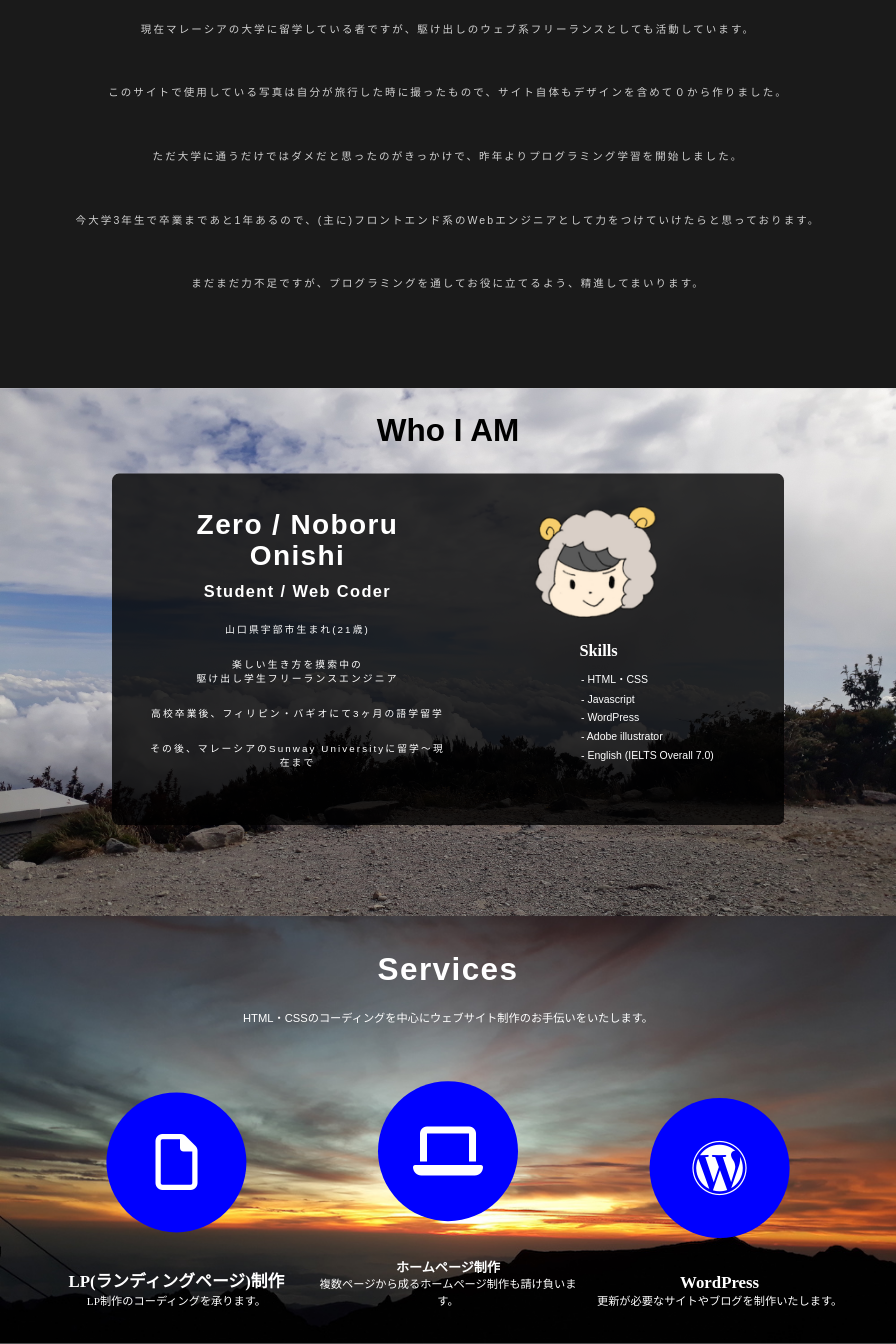
Repository: ZeroRequiem126/MyPortfolioSite
Page: top.html
The author's editor kept a record of every edit. The page is drawn from the files as they stood at one moment, then again after the next edit.
The browser window is 1280 px wide. The pictures show the part of the page from y = 921 to 2841 px (the page is 2841 px tall before and 2820 px after), at 70% of full size.
Some web libraries are served in a nearby version.

Above is the page before.

### top.html
<!DOCTYPE>
<html>
    <head>
        <meta charset="utf-8">
        <title>Zero</title>
        <link rel="stylesheet" type="text/css" href="top.css">
        <link rel="stylesheet" type="text/css"  href="swiper.css">
        <meta name="viewport" content="width=device-width, initial-scale=1.0">
        <script src="https://kit.fontawesome.com/fdddab2d46.js"></script>
    </head>

    <body>
        <header>
            <div class="container">
                <div class="header-left">Zero</div>
                <div class="header-right">
                    <ul>
                        <li>Who I AM</li>
                        <li>Skills</li>
                        <li>Portfolio</li>
                        <li>Contact</li>
                    </ul>
                </div>
            </div>
        </header>

        <div class="main">
            <div class="container">

                    <span class="slider-title">Zero</span>
                    <div class="swiper-container">
                        <div class="swiper-wrapper">
                              <div class="swiper-slide"><img src="images/pic1.jpg" alt="pic1.JPG" width="100%"></div>
                              <div class="swiper-slide"><img src="images/pic2.jpg" alt="pic2.jpg" width="100%"></div>
                              <div class="swiper-slide"><img src="images/pic3.jpg" alt="pic3.JPG" width="100%"></div>
                              <div class="swiper-slide"><img src="images/pic4.png" alt="pic4.png" width="100%"></div>
                              <div class="swiper-slide"><img src="images/pic5.jpg" alt="pic4.jpg" width="100%"></div>
                              <div class="swiper-slide"><img src="images/pic6.jpg" alt="pic4.jpg" width="100%"></div>
                        </div>
                        <div class="swiper-button-prev"></div>
                        <div class="swiper-button-next"></div>
                    </div>

                    <div class="introduction">
                        <div class="container">
                            <p>はじめまして、大西昇と申します。</p>
                            <p>現在マレーシアの大学に留学している者ですが、駆け出しのウェブ系フリーランスとしても活動しています。 </p>
                            <p>このサイトで使用している写真は自分が旅行した時に撮ったもので、サイト自体もデザインを含めて０から作りました。</p>
                            <p>ただ大学に通うだけではダメだと思ったのがきっかけで、昨年よりプログラミング学習を開始しました。</p>
                            <p>今大学3年生で卒業まであと1年あるので、(主に)フロントエンド系のWebエンジニアとして力をつけていけたらと思っております。</p>
                            <p>まだまだ力不足ですが、プログラミングを通してお役に立てるよう、精進してまいります。</p>
                        </div>
                    </div>

                    <div class="about">
                        <div class="container">
                            <h1 class="about-title" style="font-family: 'Gurmukhi MN',sans-serif;">Who I AM</h1>

                            <div class="about-contents">
                                <div class="about-left">
                                    <div class="name-and-job">
                                        <h1>Zero / Noboru Onishi</h1>
                                        <h3>Student / Web Coder</h3>
                                    </div>
                                    <div class="career">
                                        <p>山口県宇部市生まれ(21歳)</p>
                                        <p>楽しい生き方を摸索中の<br>駆け出し学生フリーランスエンジニア</p>
                                        <p>高校卒業後、フィリピン・バギオにて3ヶ月の語学留学</p>
                                        <p>その後、マレーシアのSunway Universityに留学〜現在まで</p>
                                    </div>
                                </div>

                                <div class="about-right">
                                    <img src="images/person.png">
                                    <h3>Skills</h3>
                                    <ul>
                                        <li>- HTML・CSS</li>
                                        <li>- Javascript</li>
                                        <li>- WordPress</li>
                                        <li>- Adobe illustrator</li>
                                        <li>- English (IELTS Overall 7.0)</li>
                                    </ul>
                                </div>
                            </div>

                        </div>
                    </div>

                    <div class="service">
                        <div class="container">
                            <h1 class="service-title">Services</h1>
                            <p class="service-subtitle">HTML・CSSのコーディングを中心にウェブサイト制作のお手伝いをいたします。</p>

                            <div class="services">

                                <div class="service-contents">
                                    <span class="far fa-file"></span>
                                    <h2>LP(ランディングページ)制作</h2>
                                    <p class="service-explanation">LP制作のコーディングを承ります。</p>
                                </div>

                                <div class="service-contents">
                                    <span class="fas fa-laptop"></span>
                                    <h3>ホームページ制作</h3>
                                    <p class="service-explanation">複数ページから成るホームページ制作も請け負います。</p>
                                </div>

                                <div class="service-contents">
                                    <span class="fab fa-wordpress"></span>
                                    <h2>WordPress</h2>
                                    <p>更新が必要なサイトやブログを制作いたします。</p>
                                </div>
                            </div>
                        </div>
                    </div>

            </div>
        </div>

        <footer>

        </footer>

        <script src="swiper.js"></script>
        <script>
          var mySwiper = new Swiper ('.swiper-container', {
            navigation: {
              nextEl: '.swiper-button-next',
              prevEl: '.swiper-button-prev',
            },
            loop: true,
            autoplay: {
                delay: 3000,
                disableOnInteraction: true
            },
            speed: 700,
          })
        </script>
    </body>

</html>

### top.css
@charset "utf-8";

* {
    box-sizing: border-box;
    margin: 0px;
    padding: 0px;
}

.container {
    text-align: center;
}

/* header */

header {
    height: 60px;
    width: 100%;
    background-color: white;
    color: black;
    line-height: 60px;
    position: fixed;
    z-index: 100;
}

.header-left {
    float: left;
    padding-left: 100px;
    font-size: 30px;
    font-family: 'Superclarendon',sans-serif;
}

.header-right {
    float: right;
    font-family: 'Gurmukhi MN',sans-serif;
}

.header-right ul {
    list-style: none;
    padding-right: 120px;
}

.header-right ul li {
    float: left;
    padding: 0 40px;
    font-size: 20px;
    cursor: pointer;
    transition: background-color 0.5s;
}

.header-right ul li:hover {
    background-color: #dcdcdc;
    transition: background-color 1s;
}

/* slider */

.slider-title {
    color: white;
    font-size: 150px;
    font-family: 'Trattatello',sans-serif;;
    position: absolute;
    top: 35%;
    left: 40%;
    z-index: 10;
    padding: 0 15px 0 10px;
    border: solid 8px;
    border-radius: 50%;
}

/* introduction */

.introduction {
    color: #D1D1D1;
    font-size: 15px;
    background-color: #1A1A1A;
    padding: 140px 0 70px 0;
    font-family: 'klee',sans-serif;
}

.introduction p {
    padding-bottom: 70px;
    letter-spacing: 3px;
}

/* About */

.about {
    margin: 0 auto;
    background-image: url("images/pic7.jpg");
    background-size: 100% auto;
    padding-bottom: 130px;
    font-size: 20px;
}

.about-title {
    padding: 35px 0;
    font-size: 45px;
}

.about-contents {
    background-color: rgba(0,0,0,0.8);
    display: inline-block;
    color: white;
    width: 75%;
    border-radius: 10px;
    padding: 0px 50px 50px 50px;
}

.about-left {
    float: left;
    width: 50%;
    vertical-align: top;
    padding-top: 50px;
}

.name-and-job {
    font-family: 'Papyrus-Condensed',sans-serif;
    letter-spacing: 2px;
    padding-bottom: 30px;
}

.name-and-job h1 {
    padding-bottom: 15px;
}

.career {
    font-family: 'klee',sans-serif;
}

.career p {
    padding-bottom: 30px;
    letter-spacing: 3px;
    font-size: 14px;
}

.about-right {
    float: left;
    width: 50%;
    padding-top: 20px;
}

.about-right h3 {
    padding-top: 20px;
    padding-bottom: 15px;
}

.about-right ul {
    list-style: none;
}

.about-right ul li {
    font-size: 15px;
    font-family: 'klee',sans-serif;
    padding-bottom: 10px;
    text-align: left;
    padding-left: 190px;
}

.about-right img {
    width: 200px;
}

/* Service */

.service {
    background-image: url("images/pic8.jpg");
    background-size: 100% auto;
    color: white;
    padding: 50px 0;
}

.service-title {
    padding-bottom: 30px;
    font-family: 'Gurmukhi MN',sans-serif;
    font-size: 45px;
    letter-spacing: 2px;
}

.service-subtitle {
    font-family: 'klee',sans-serif;
}

.service-contents {
    display: inline-block;
    width: 30%;
    padding-top: 80px;
}

.service-contents span {
    font-size: 80px;
    border-radius: 50%;
    background-color: blue;
    margin-bottom: 50px;
    width: 200px;
    height: 200px;
    line-height: 200px;
}

Loaded but not shown: swiper.css (library); swiper.js (library)

After the next edit:
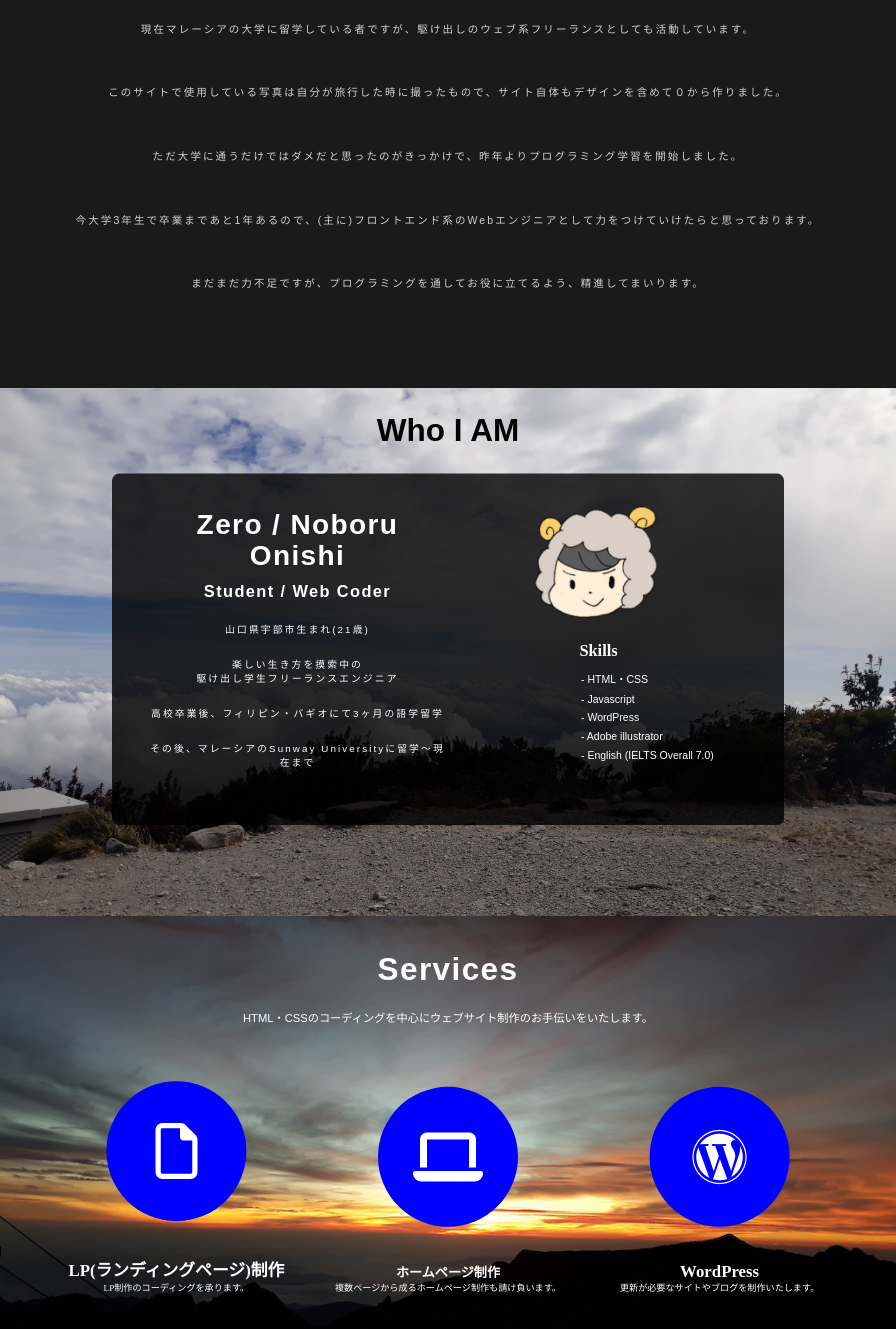
The edit:
--- a/top.css
+++ b/top.css
@@ -195,3 +195,7 @@ header {
     height: 200px;
     line-height: 200px;
 }
+
+.service-contents p {
+    font-size: 13px;
+}
